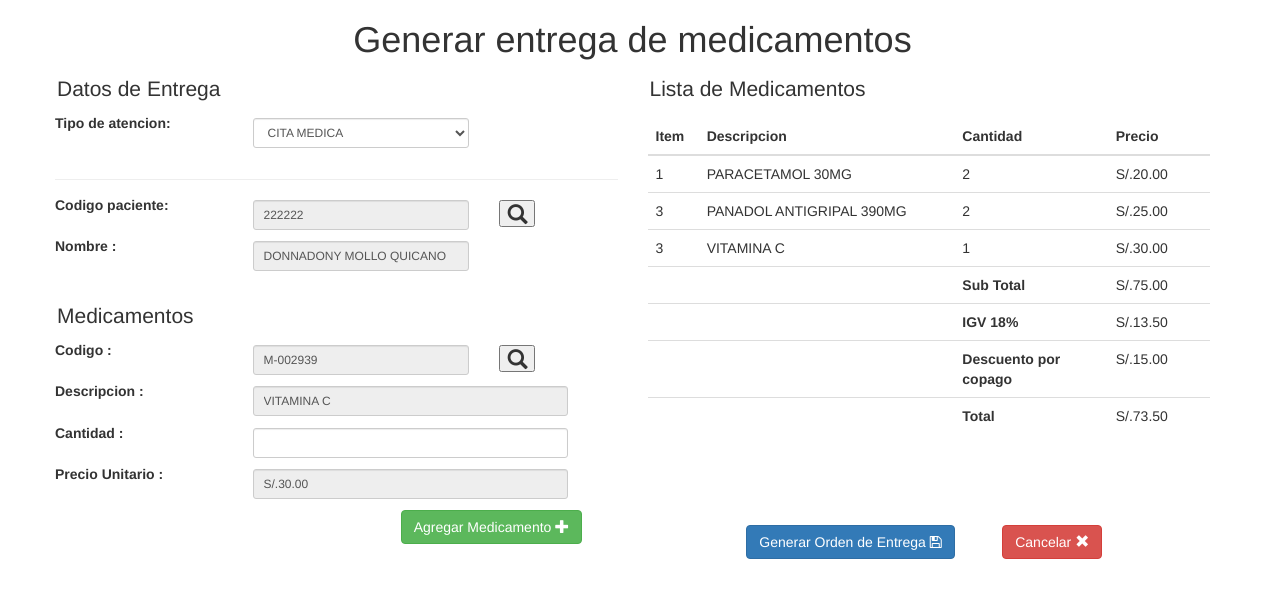
Repository: Donyx10/ADSII-ProyectoClinica
Page: http://localhost/AvanceWeb/GenerarOrdenDeEntregaDeMedicamentos2.jsp
These files come from the project's save history. The page is drawn as it stood at one moment and after the next save; the edit follows.
The browser window is 1280 px wide. The pictures show the whole page.
Some web fonts or font styles are not loaded; a fallback is used. The page is served by Tomcat 9.

Above is the page before, as saved 2018-06-07 16:49:27.

After the next save:
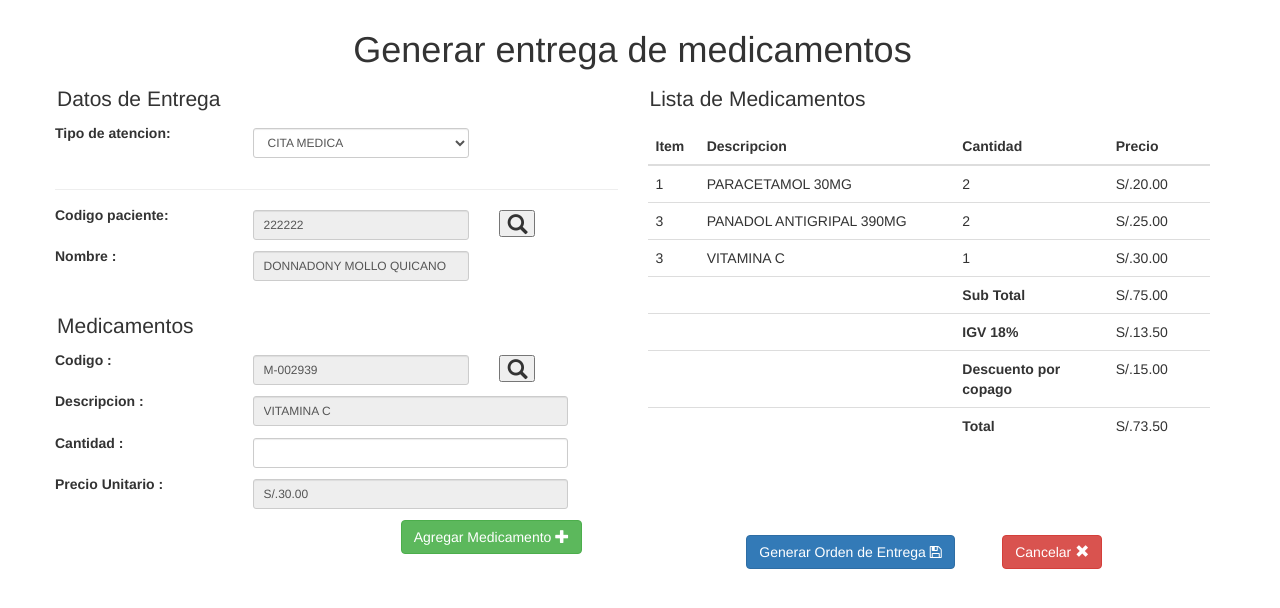
Saved 44 s later.
--- a/WebDemo/AvanceWeb/WebContent/GenerarOrdenDeEntregaDeMedicamentos2.jsp
+++ b/WebDemo/AvanceWeb/WebContent/GenerarOrdenDeEntregaDeMedicamentos2.jsp
@@ -21,7 +21,7 @@
 <body>
 
 	<div class="container"
-		style="padding-top: 10x; line-height: 0.8; padding-left: 0.01px;">
+		style="padding-top: 10px; line-height: 0.8; padding-left: 0.01px;">
 		<h1 align="center">Generar entrega de medicamentos</h1>
 		<br>
 		<form action="generarCita" id="id_form">
